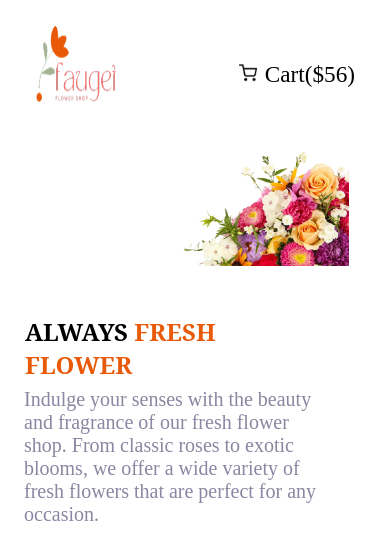
Repository: dollyrakhe22/Flowers-main-website
Page: index.html
The author's editor kept a copy of each file at every save. The page is drawn from the files as they stood at one save, then again after the next save.
The browser window is 375 px wide. The page is 375 px wide, then 376 px, then 375 px, so the pictures cover 376 px, including what lies to the right of the window. The pictures show the whole page.
Some web libraries are served in a nearby version.

Above is the page before, as saved 2025-07-25 10:26:16.

After the next save:
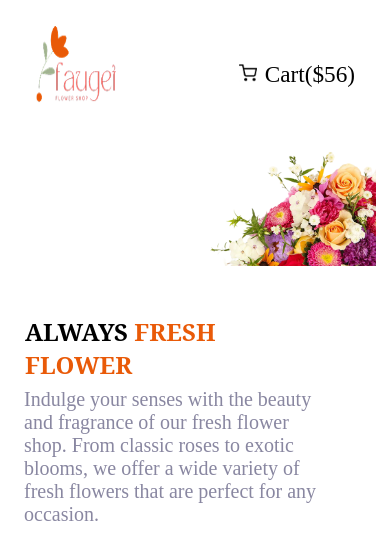
Saved 58 s later.
--- a/style.css
+++ b/style.css
@@ -380,7 +380,7 @@
   }
   .flower-img img{
     width: 352px;
-    margin-left: 13px;
+    margin-left: 40px;
     max-width: 206%;
 
   }

After the save that followed:
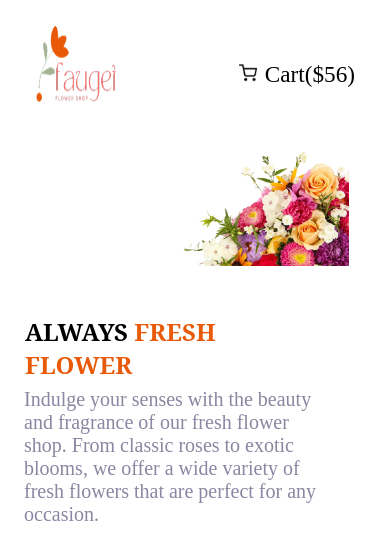
Saved 48 s later.
--- a/style.css
+++ b/style.css
@@ -380,7 +380,7 @@
   }
   .flower-img img{
     width: 352px;
-    margin-left: 40px;
+    margin-left: 13px;
     max-width: 206%;
 
   }
